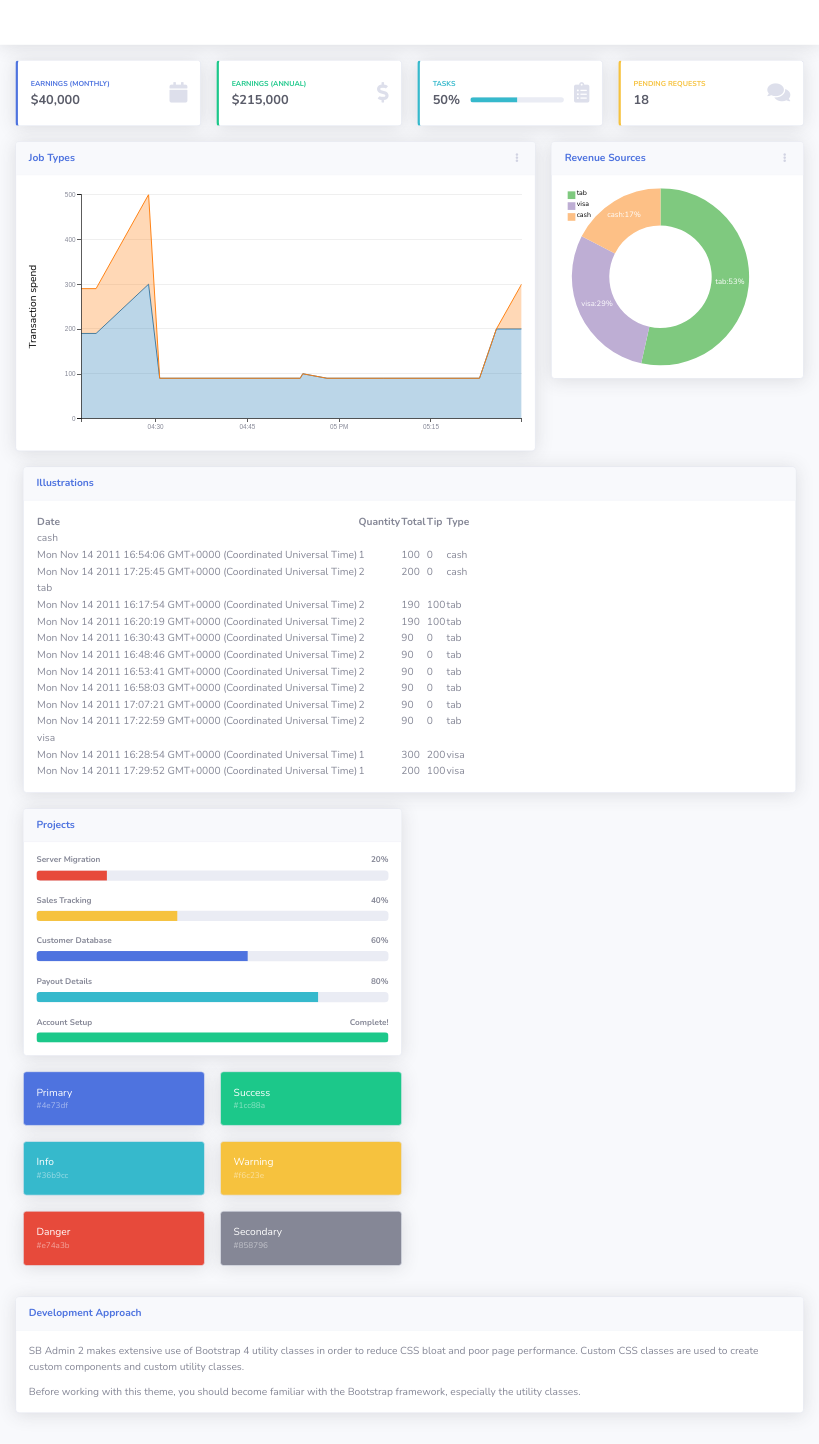
Repository: fLavery/NodeDashboard
Page: index.html
The author's editor kept a record of every edit. The page is drawn from the files as they stood at one moment, then again after the next edit.
The browser window is 1280 px wide. The pictures show the whole page, at 64% of full size.

Above is the page before.
Console error: TypeError: Cannot read properties of null (reading 'length')

After the next edit:
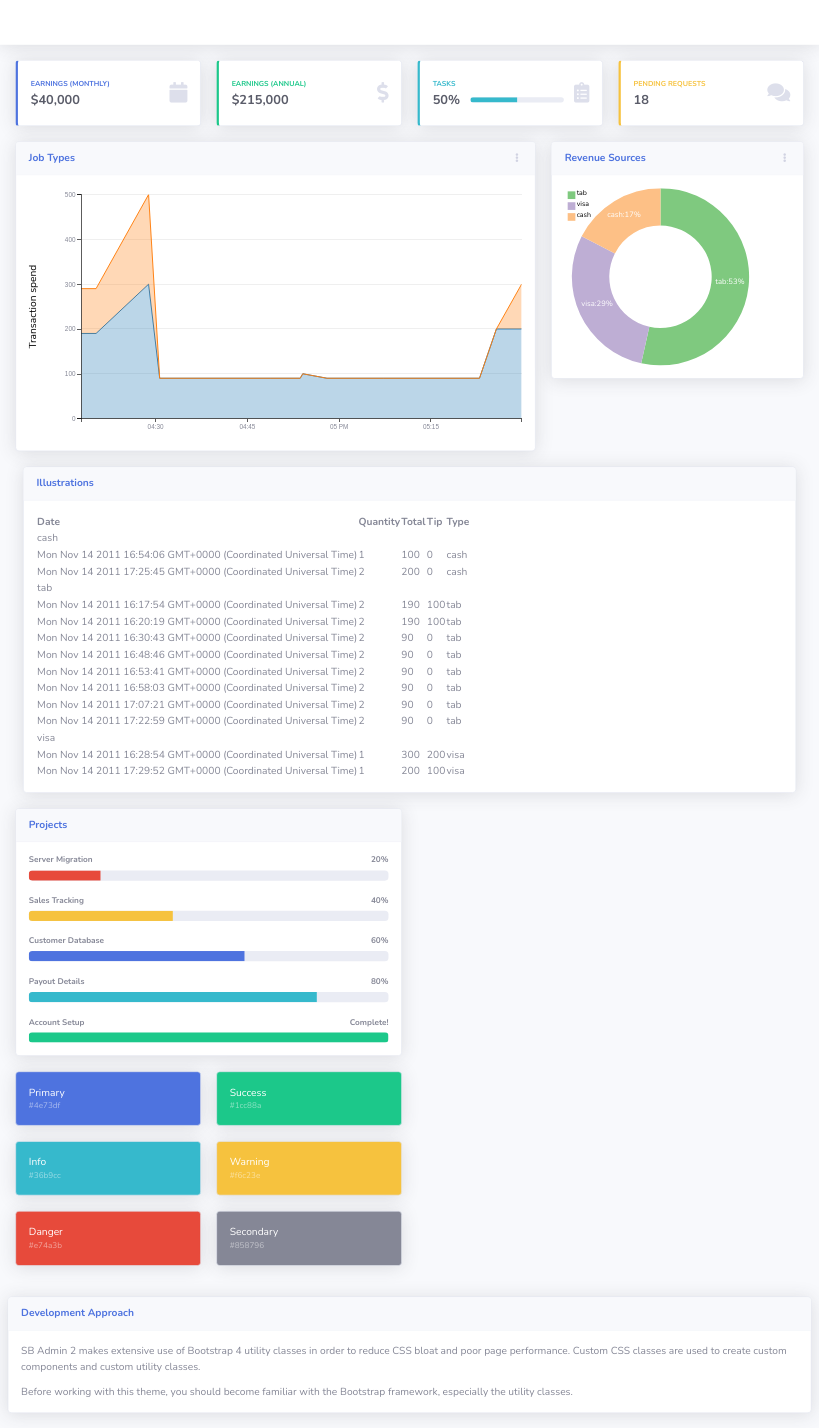
The edit:
--- a/index.html
+++ b/index.html
@@ -376,7 +376,7 @@
                 <h6 class="m-0 font-weight-bold text-primary">Illustrations</h6>
               </div>
               <div class="card-body">
-                <div id="table">
+                <table id="table" class="class="table table-bordered dataTable""></table></table>
                     <script>
 
                     var dateDimension = facts.dimension(function (d){ return d.date;})
